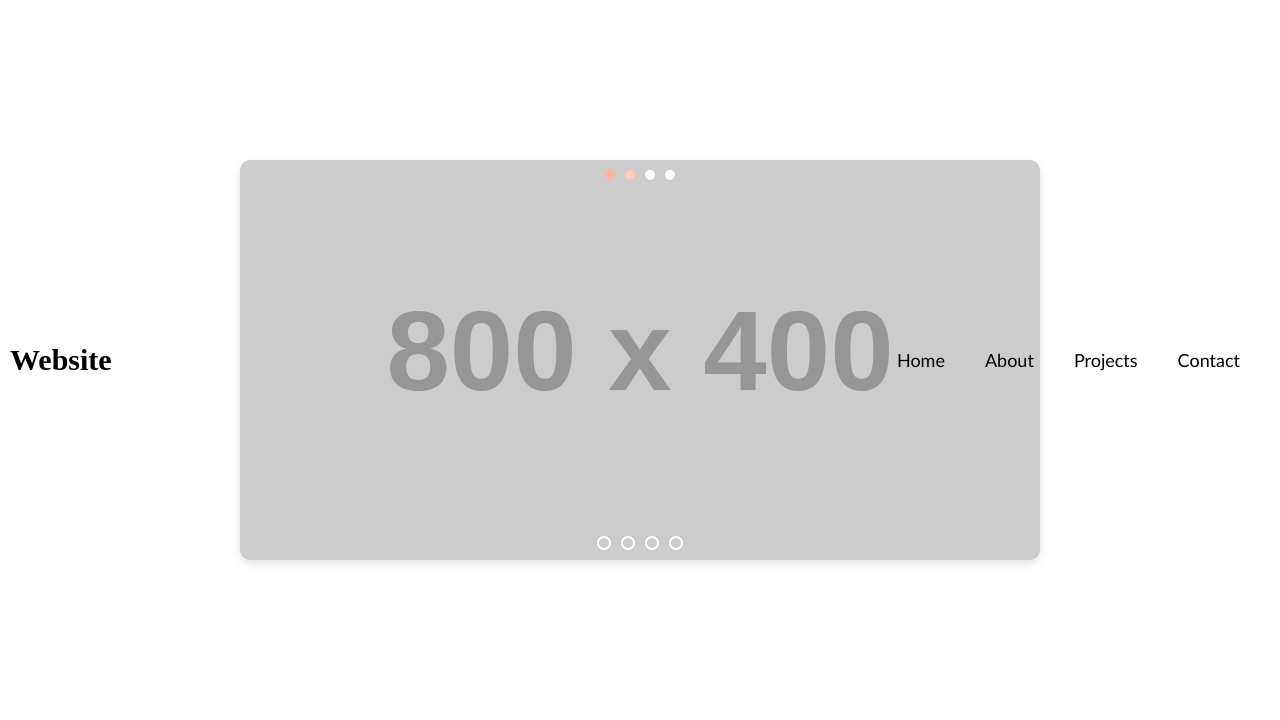
Repository: alishbah7/Choice1
Page: index.html
The author's editor kept a copy of each file at every save. The page is drawn from the files as they stood at one save, then again after the next save.
The browser window is 1280 px wide. The pictures show the whole page.

Above is the page before, as saved 2024-11-23 20:41:59.

### index.html
<!DOCTYPE html>
<html lang="en">
<head>
    <meta charset="UTF-8">
    <meta name="viewport" content="width=device-width, initial-scale=1.0">
    <title>Navbar</title>

    <!--=== CSS ===-->
    <link rel="stylesheet" href="style.css">

    <!--=== BOXICONS ===-->
    <link href='https://unpkg.com/boxicons@2.1.4/css/boxicons.min.css' rel='stylesheet' />
</head>
<body>
    <!------------ header ------------>
    <header>
        <h1>Website</h1>

        <input type="checkbox" id="check" />
        <label for="check" class="icon">
            <i class="bx bx-menu" id="menu-icon"></i>
            <i class="bx bx-x" id="close-icon"></i>
        </label>

        <nav class="navbar">
            <a href="#" class="nav-item" style="--i: 1" data-aos="fade-down">Home</a>
            <a href="#" class="nav-item" style="--i: 2" data-aos="fade-down">About</a>
            <a href="#" class="nav-item" style="--i: 3" data-aos="fade-down">Projects</a>
            <a href="#" class="nav-item" style="--i: 4" data-aos="fade-down">Contact</a>
        </nav>
    </header>

    <!------------ home ------------>
    <div class="slider">
        <div class="slides">
          <!-- Radio Buttons for Manual Navigation -->
          <input type="radio" name="radio-btn" id="slide1" checked>
          <input type="radio" name="radio-btn" id="slide2">
          <input type="radio" name="radio-btn" id="slide3">
          <input type="radio" name="radio-btn" id="slide4">

          <!-- Slide Images -->
          <div class="slide first">
            <img src="https://via.placeholder.com/800x400?text=Slide+1" alt="Slide 1">
          </div>
          <div class="slide">
            <img src="https://via.placeholder.com/800x400?text=Slide+2" alt="Slide 2">
          </div>
          <div class="slide">
            <img src="https://via.placeholder.com/800x400?text=Slide+3" alt="Slide 3">
          </div>
          <div class="slide">
            <img src="https://via.placeholder.com/800x400?text=Slide+4" alt="Slide 4">
          </div>

          <!-- Automatic Navigation -->
          <div class="navigation-auto">
            <div class="auto-btn1"></div>
            <div class="auto-btn2"></div>
            <div class="auto-btn3"></div>
            <div class="auto-btn4"></div>
          </div>

          <!-- Manual Navigation -->
          <div class="navigation-manual">
            <label for="slide1" class="manual-btn"></label>
            <label for="slide2" class="manual-btn"></label>
            <label for="slide3" class="manual-btn"></label>
            <label for="slide4" class="manual-btn"></label>
          </div>
        </div>
      </div>

</body>
</html>

### style.css
/* --==== HEADER ====-- */
* {
    margin: 0;
    padding: 0;
    box-sizing: border-box;
  }
body{
    width: 100%;
    box-sizing: border-box;
    display: flex;
    justify-content: center;
    align-items: center;
    height: 100vh;
}

header {
    color: white;
    position: fixed;
    width: 100%;
    height: 60px;
    display: flex;
    justify-content: space-between;
    align-items: center;
    padding: 0 10px;
    z-index: 5;
}
header h1{
    font-size: 30px;
    color: black;
}
.navbar{
    display: flex;
    padding: 0 30px;
    gap: 40px;
}
#circleIcon{
    font-size: 6px;
}
.nav-item {
    font-family: 'Gill Sans', 'Gill Sans MT', Calibri, 'Trebuchet MS', sans-serif;
    color: black;
    font-size: 18px;
    text-decoration: none;
    transition: all 0.5s ease;

}
.icon {
    position: absolute;
    right: 5%;
    font-size: 36.8px;
    color: black;
    cursor: pointer;
    display: none;
}

#check {
    display: none;
}
@media (max-width: 870px) {
    #circleIcon{
        display: none;
    }
    header{
        height: 40px;
    }
    header::before {
        position: absolute;
        content: "";
        inset: 0;
        width: 100%;
        backdrop-filter: blur(20px);
        z-index: -1;
    }

    header::after {
        position: absolute;
        content: "";
        top: 0;
        left: -100%;
        width: 100%;
        height: 100%;
        transition: 0.8s;
    }
    .icon {
        display: inline-flex;
    }
    #check:checked ~ .icon #menu-icon {
        display: none;
    }
    .icon #close-icon {
        display: none;
    }
    #check:checked ~ .icon #close-icon {
        display: block;
    }
    .navbar {
        padding: 0;
        display: block;
        position: absolute;
        top: 100%;
        left: 0;
        width: 100%;
        height: 0;
        background: black;
        backdrop-filter: blur(50px);
        box-shadow: 0 8px 16px rgba(0, 0, 0, 0.1);
        overflow: hidden;
        transition: all 0.3s ease;
    }
    #check:checked ~ .navbar {
        height: 256px;
    }
    .nav-item {
        color: white;
        display: block;
        font-size: 17.6px;
        margin: 32px 0;
        text-align: center;
        transform: translateY(-50px);
        opacity: 0;
        transition: all 0.3s ease;
    }
    .nav-item:hover::after {
        width: auto;
    }
    #check:checked ~ .navbar a {
        transform: translateY(0);
        opacity: 1;
        transition-delay: calc(0.15s * var(--i));
    }
}
@media screen and (max-width: 350px) {
    header h1{
      font-size: 20px;
    }
}



/* General Reset */
/* * {
    margin: 0;
    padding: 0;
    box-sizing: border-box;
  }

  body {
    display: flex;
    justify-content: center;
    align-items: center;
    height: 100vh;
    background: #f3f3f3;
    font-family: Arial, sans-serif;
  } */

  .slider {
    width: 800px;
    height: 400px;
    overflow: hidden;
    border-radius: 10px;
    position: relative;
    box-shadow: 0 4px 8px rgba(0, 0, 0, 0.1);
  }

  .slides {
    display: flex;
    width: 400%;
    height: 100%;
  }

  .slides input {
    display: none;
  }

  .slide {
    width: 100%;
    height: 100%;
    transition: transform 0.6s ease-in-out;
  }

  .slide img {
    width: 100%;
    height: 100%;
    object-fit: cover;
  }

  .navigation-manual {
    position: absolute;
    width: 100%;
    bottom: 10px;
    display: flex;
    justify-content: center;
    gap: 10px;
  }

  .manual-btn {
    border: 2px solid #fff;
    padding: 5px;
    border-radius: 50%;
    cursor: pointer;
    transition: background 0.3s;
  }

  .manual-btn:hover {
    background: #fff;
  }

  #slide1:checked ~ .first {
    transform: translateX(0);
  }

  #slide2:checked ~ .first {
    transform: translateX(-100%);
  }

  #slide3:checked ~ .first {
    transform: translateX(-200%);
  }

  #slide4:checked ~ .first {
    transform: translateX(-300%);
  }

  /* Automatic Navigation */
  .navigation-auto {
    position: absolute;
    display: flex;
    width: 100%;
    justify-content: center;
    top: 10px;
    gap: 10px;
  }

  .navigation-auto div {
    width: 10px;
    height: 10px;
    background: #fff;
    border-radius: 50%;
    animation: slide 16s infinite;
  }

  .navigation-auto .auto-btn1 {
    animation-delay: 0s;
  }

  .navigation-auto .auto-btn2 {
    animation-delay: 4s;
  }

  .navigation-auto .auto-btn3 {
    animation-delay: 8s;
  }

  .navigation-auto .auto-btn4 {
    animation-delay: 12s;
  }

  @keyframes slide {
    25% {
      background: #ff7e5f;
    }
    50% {
      background: #fff;
    }
  }

After the next save:
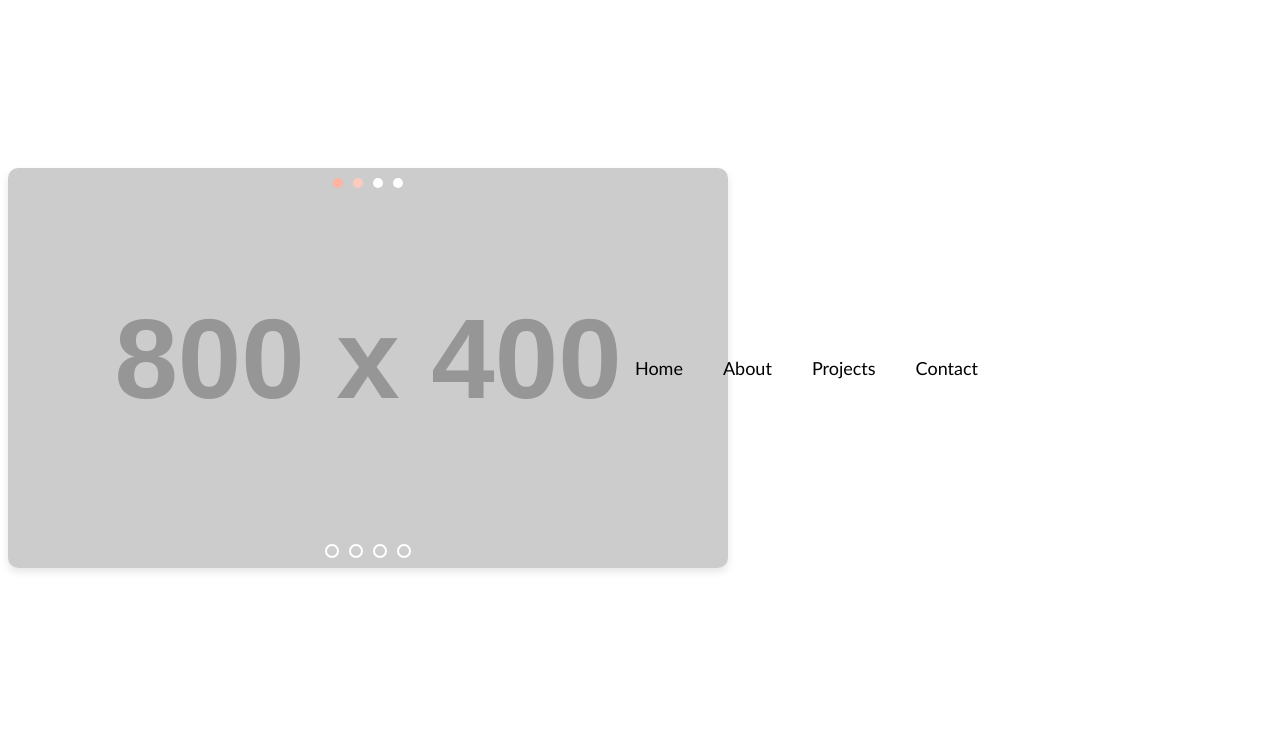
Saved 21 s later.
--- a/style.css
+++ b/style.css
@@ -1,11 +1,6 @@
 /* --==== HEADER ====-- */
-* {
-    margin: 0;
-    padding: 0;
-    box-sizing: border-box;
-  }
 body{
-    width: 100%;
+    width: 100vh;
     box-sizing: border-box;
     display: flex;
     justify-content: center;
